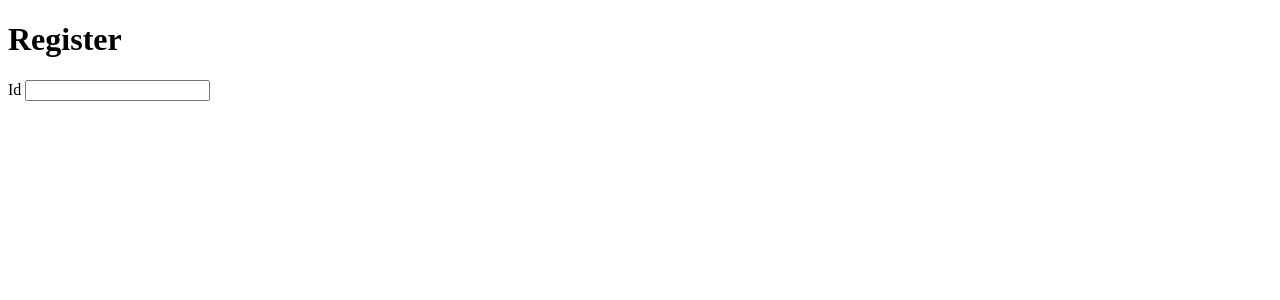
Repository: Danielcruz99/repo-aws-15
Page: register.html
An editor plug-in stored every save of this project. The page is shown before and after the next save, followed by the edit.
The browser window is 1280 px wide. The pictures show the whole page.

Above is the page before, as saved 2024-09-10 13:24:57.

### register.html
<!DOCTYPE html>
<html lang="en">
<head>
    <meta charset="UTF-8">
    <meta name="viewport" content="width=device-width, initial-scale=1.0">
    <title>Document</title>
</head>
<body>
    <h1> Register </h1>
    <form>
        <label> Id </label> <input>


    </form>
</body>
</html>

After the next save:
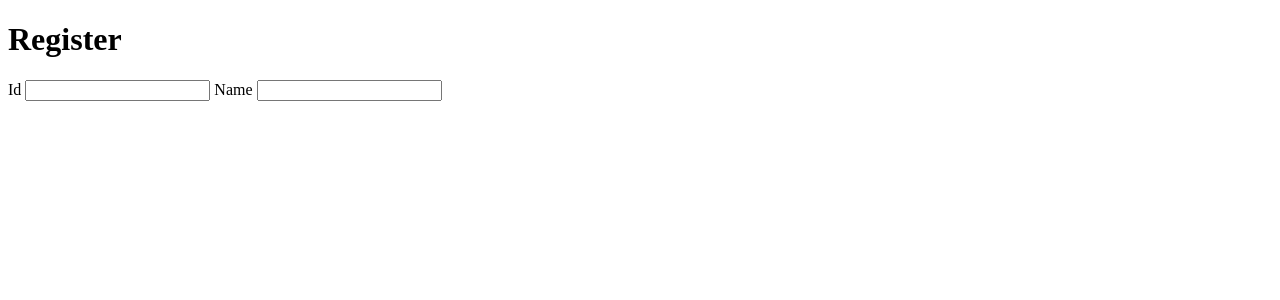
Saved 19 s later.
--- a/register.html
+++ b/register.html
@@ -9,6 +9,8 @@
     <h1> Register </h1>
     <form>
         <label> Id </label> <input>
+        <label> Name</label> <input>
+
 
 
     </form>
